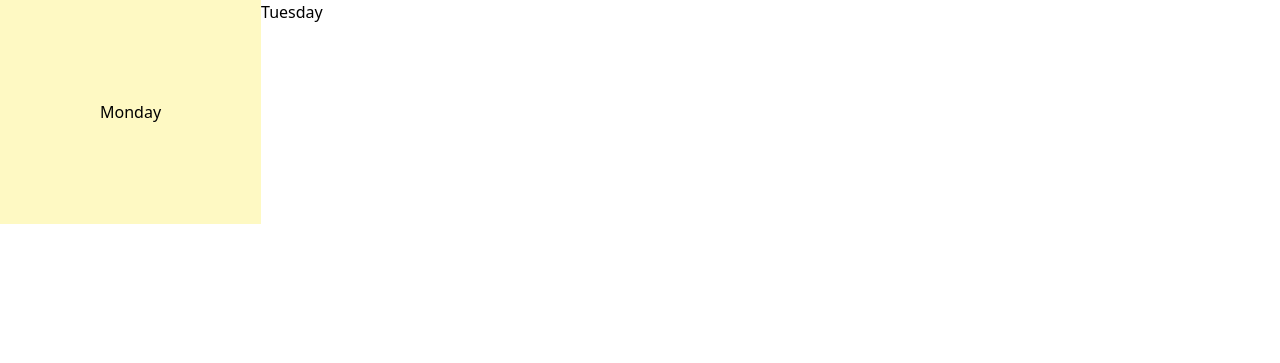
Repository: AfzalHaq61/tailwind-deep
Page: http://localhost/
An editor plug-in stored every save of this project. The page is shown before and after the next save, followed by the edit.
The browser window is 1280 px wide. The pictures show the whole page.
The page is served by the project's Laravel application, run on PHP 8.4 with Laravel 9. Other server files are loaded and not shown. Style sheets and scripts are compiled from the project's sources, by tool versions that may differ from the author's.

Above is the page before, as saved 2022-12-24 17:19:43.

### resources/views/welcome.blade.php
<!doctype html>
<html>

<head>
    <meta charset="utf-8">
    <meta name="viewport" content="width=device-width, initial-scale=1.0">
    @vite('resources/css/app.css')
</head>

<body>
    <div class="flex">
        <div class="bg-yellow-100 p-[100px]">
            <h1>Monday</h1>
        </div>
        <div>
            <h1>Tuesday</h1>
        </div>
    </div>
</body>

</html>

Loaded but not shown: routes/web.php (common file); resources/css/app.css (common file); tailwind.config.js (common file)

After the next save:
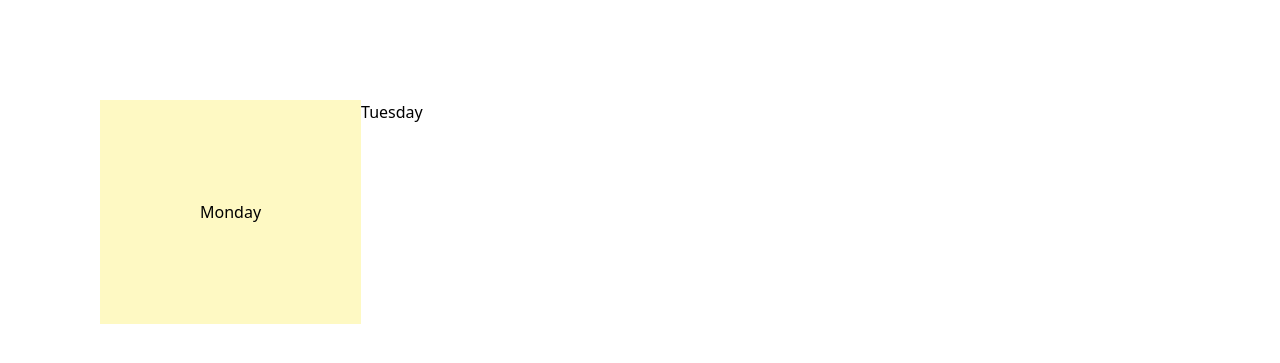
Saved 11 s later.
--- a/resources/views/welcome.blade.php
+++ b/resources/views/welcome.blade.php
@@ -8,7 +8,7 @@
 </head>
 
 <body>
-    <div class="flex">
+    <div class="flex p-[100px]">
         <div class="bg-yellow-100 p-[100px]">
             <h1>Monday</h1>
         </div>
